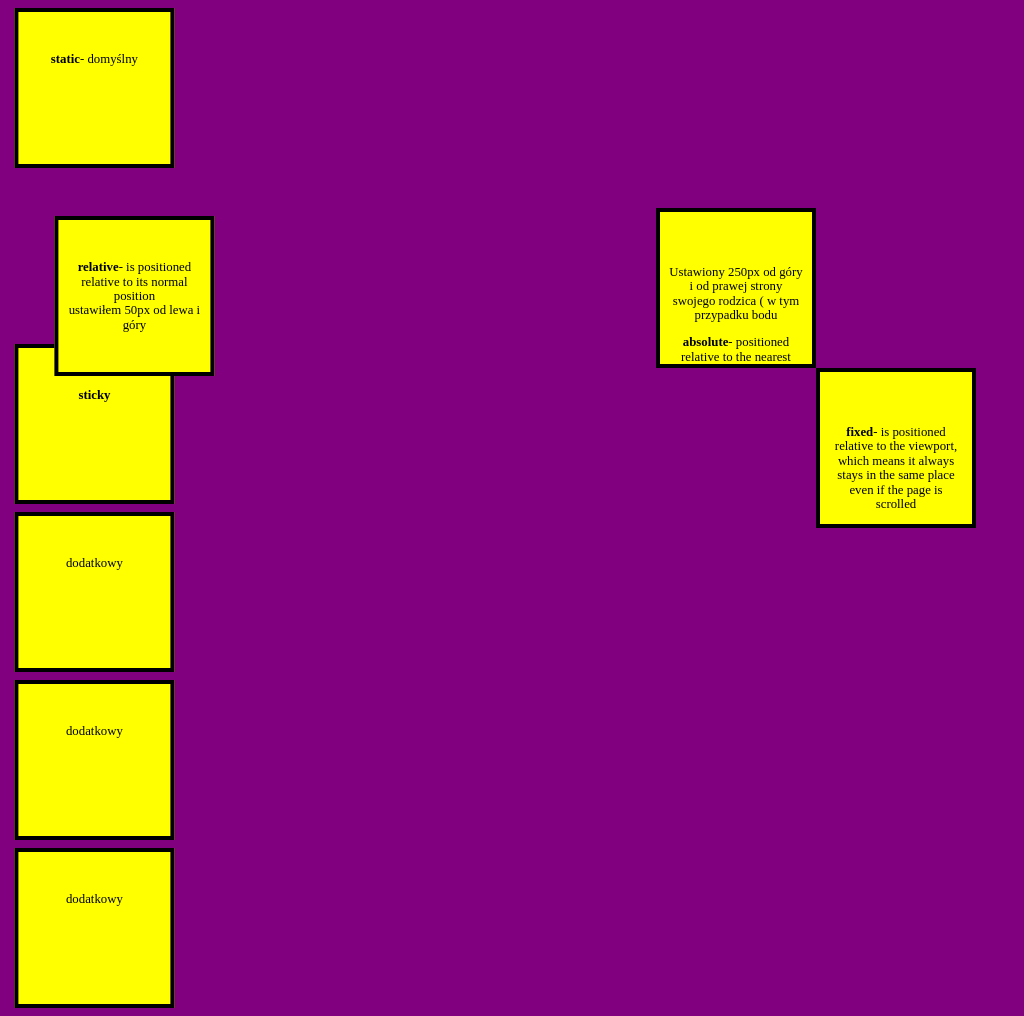
Repository: quenrythane/homepage
Page: CSS positions/CSS-positions.html
An editor plug-in stored every save of this project. The page is shown before and after the next save, followed by the edit.
The browser window is 1280 px wide. The pictures show the whole page, at 80% of full size.

Above is the page before, as saved 2020-10-11 04:01:27.

### CSS positions/CSS-positions.html
<!DOCTYPE html>
<html lang="en">
<head>
    <meta charset="UTF-8">
    <meta name="viewport" content="width=device-width, initial-scale=1.0">
    <title>CSS-positions</title>
    <link href="CSS-positions.css " rel="stylesheet" type="text/css">
</head>
<body >
    <div class="box static"><b>static</b>- domyślny</div>
    <div class="box relative"><b>relative</b>- is positioned relative to its normal position<br>
    ustawiłem 50px od lewa i góry</div>
    <div class="box fixed">
        <p><b>fixed</b>- is positioned relative to the viewport, which means it always stays in the same place even if the page is scrolled</p>
        <p>A fixed element does not leave a gap in the page where it would normally have been located</p>
        <p> Czyli ogólnie strona załaduje go w to miejsce jakby strona normalnie się ładowała i na koniec tak jakby przy klei go w to miejsce na ekranie, przez co nawet jak będziemy przewijać stronę to zostanie w tym samym miejscu ekranu (nie zmieni miejsca ani w wysokości ani w szerokośći)</p>
        <p> Chyba, że nadamy mu miejsce w którym ma się znaleźć, wtedy tak jakby nie jest brany pod uwagę w wstępnym layoucie strony, tylko dodawany na sam koniec (ja go ustawię w miejsce w prawym rogu po 50px od krawędzi)</p>
    </div>
    <div class="box absolute">
        <p>Ustawiony 250px od góry i od prawej strony swojego rodzica ( w tym przypadku bodu</p>
        <p><b>absolute</b>- positioned relative to the nearest positioned ancestor (instead of positioned relative to the viewport, like fixed).</p>

       <p> However; if an absolute positioned element has no positioned ancestors, it uses the document body, and moves along with page scrolling.</p>
        </div>
    <div class="box sticky"><b>sticky</b></div>

    <div class="box">dodatkowy</div>
    <div class="box">dodatkowy</div>
    <div class="box">dodatkowy</div>
</body>
</html>

### CSS positions/CSS-positions.css
body {
    background: purple;
}

.box{
    box-sizing: border-box;
    background: yellow;
    width: 200px;
    height: 200px ;
    margin: 10px;
    text-align: center;
    padding: 10px ;
    padding-top: 50px;
    border: solid black 5px;
    overflow: scroll;
}

.static{
    position: static;
}

.relative{
    position: relative;
    left: 50px;
    top: 50px;
}

.fixed{
    position: fixed;
    right: 50px;
    bottom: 50px;
}

.absolute{
    position: absolute;
    right: 250px;
    top: 250px;
}

.sticky{

}

After the next save:
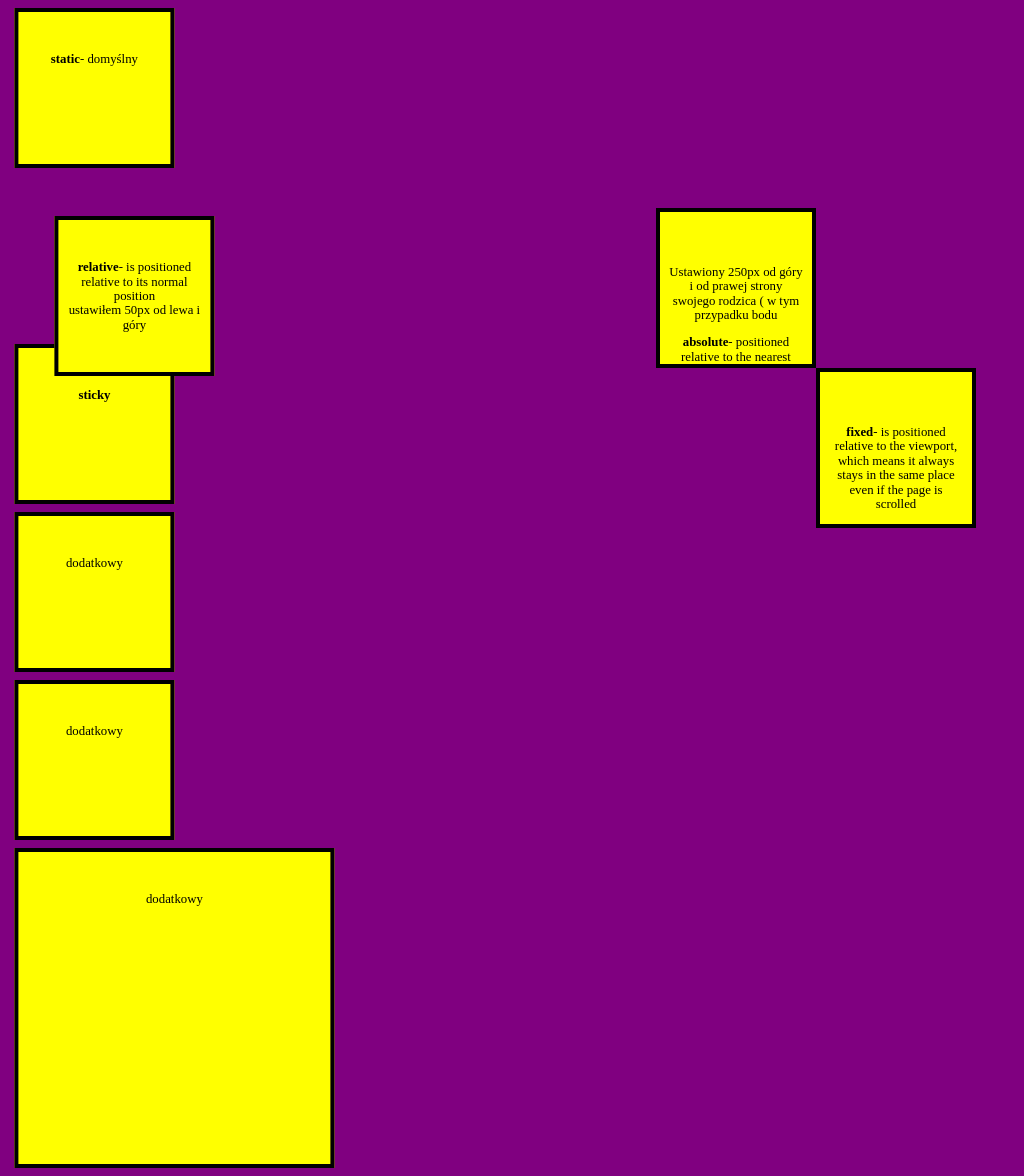
Saved 47 s later.
--- a/CSS positions/CSS-positions.html
+++ b/CSS positions/CSS-positions.html
@@ -26,6 +26,7 @@
 
     <div class="box">dodatkowy</div>
     <div class="box">dodatkowy</div>
-    <div class="box">dodatkowy</div>
+    <div class="box box2">dodatkowy</div>
+
 </body>
 </html>
--- a/CSS positions/CSS-positions.css
+++ b/CSS positions/CSS-positions.css
@@ -13,6 +13,11 @@ body {
     padding-top: 50px;
     border: solid black 5px;
     overflow: scroll;
+}
+
+.box2 {
+    width: 400px;
+    height: 400px;
 }
 
 .static{
